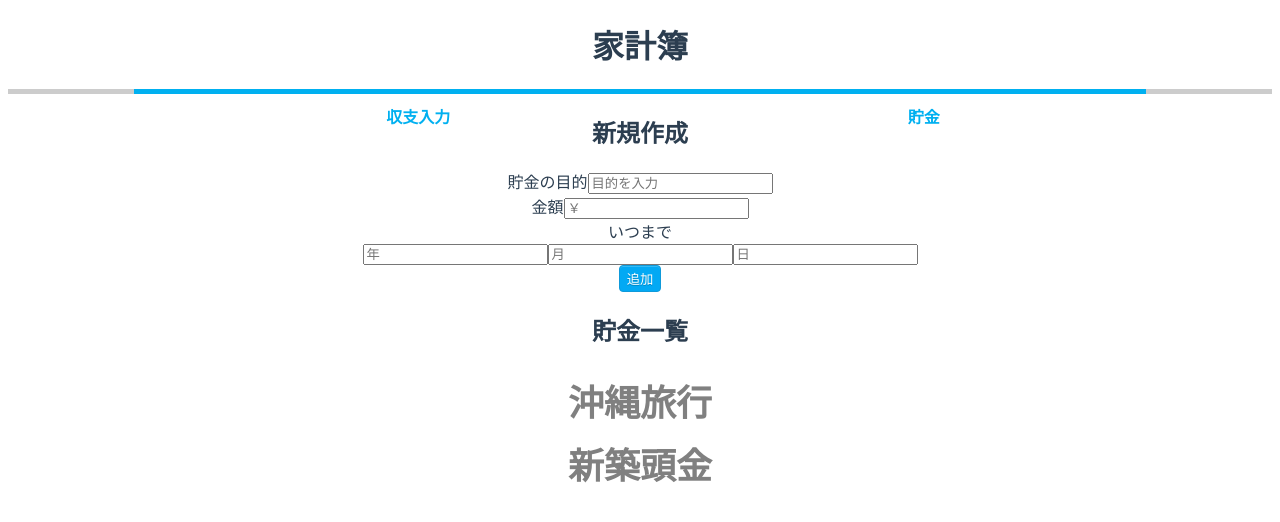
Repository: shellzu/kakeibo.app
Page: /#/savingsPage
The author's editor kept a copy of each file at every save. The page is drawn from the files as they stood at one save, then again after the next save.
The browser window is 1280 px wide. The pictures show the whole page.
The project was rebuilt for these pictures with package versions that can differ from the ones it lists, and the page was loaded fresh each time. Also part of the build but not shown: src/components/AddButton.vue, src/components/BudgetDeleteButton.vue.

Above is the page before, as saved 2019-07-28 14:24:58.

### src/App.vue
<template>
  <div id="app">
    <router-view />
  </div>
</template>
<script>
export default {
  name: 'App'
}
</script>

<style>
#app {
  font-family: "Lato", "Noto Sans JP", "游ゴシック Medium", "游ゴシック体",
    "Yu Gothic Medium", YuGothic, "ヒラギノ角ゴ ProN",
    "Hiragino Kaku Gothic ProN", "メイリオ", Meiryo, "ＭＳ Ｐゴシック",
    "MS PGothic", sans-serif;
  -webkit-font-smoothing: antialiased;
  -moz-osx-font-smoothing: grayscale;
  text-align: center;
  color: #2c3e50;
}
#header {
  height: 150px;
  width: 1200px;
  margin-right: auto;
  margin-left: auto;
  background: white;
  box-shadow: 0px 3px 3px rgba(0, 0, 0, 0.1);
  display: flex;
  justify-content: center;
  align-items: center;
}
#header a {
  display: block;
  position: relative;
  margin: 2em;
  width: 70pt;
  border: solid 1px silver;
  border-radius: 0.5rem 0.5rem;
  padding: 0.5rem 1.5rem;
  margin-top: 1rem;
  text-decoration: none;
}
#png {
  position: absolute;
  left: 100px;
}
nav {
  border-bottom: 5px solid #ccc;
  position: relative;
}
nav ul {
  position: absolute;
  left: 10%;
  display: table;
  margin: 0 auto;
  padding: 0;
  width: 80%;
  text-align: center;
}
nav ul li {
  display: table-cell;
  min-width: 50px;
}
nav ul li a {
  display: block;
  width: 100%;
  height: 100%;
  padding: 10px 0;
  text-decoration: none;
  color: #aaa;
}
nav ul li.current {
  font-weight: bold;
  border-top: 5px solid #00b0f0;
}
nav ul li.current a {
  color: #00b0f0;
}
nav ul li a:hover {
  color: #0089bb;
  background-color: #fbfbdd;
}
nav ul li:hover {
  border-top: 5px solid #f8e750;
}
</style>

### src/router/index.js
import Vue from 'vue'
import Router from 'vue-router'

import BudgetListPage from '@/components/BudgetListPage'
import SavingsPage from '@/components/SavingsPage'

Vue.use(Router)

export default new Router({
  routes: [
    {
      path: '/',
      component: BudgetListPage
    },
    {
      path: '/savingsPage',
      component: SavingsPage
    }
  ]
})

### src/components/BudgetListPage.vue
<template>
  <div id="app">
    <HeaderMenu></HeaderMenu>
      <h2>新規入力</h2>
    <form>
      <div align="center">
      <div class="date_picker">
        <label>日付</label>
        <datepicker :format="DatePickerFormat" v-model="date" placeholder="日付を選択"></datepicker>
      </div>
      <div class="text_money">
        <label>金額</label>
        <input type="number" v-model.number="amount" placeholder="￥" />
      </div>
      <div class="radio_select">
        <p>収支選択</p>
        <input type="radio" id="income" value="収入" v-model="mode" />
        <label for="income">収入</label>
        <input type="radio" id="expense" value="支出" v-model="mode" />
        <label for="expense">支出</label>
      </div>
      <div class="textarea_memo">
        <label>概要</label>
        <textarea v-model="memo" placeholder="給料..食費..."></textarea>
      </div>
      </div>
    </form>
        <AddButton v-on:add-list='entry'></AddButton>
    <div>
      <h2>収支一覧</h2>
    </div>
    <table align="center" class="budget_list th.td">
      <thead>
        <tr>
          <th>ID</th>
          <th>収支</th>
          <th>金額</th>
          <th>日付</th>
          <th>概要</th>
          <th>削除</th>
        </tr>
      </thead>
      <body>
        <tr v-for="(budget, index) in budgets" :key="index">
          <th>{{index}}</th>
          <td>{{budget.mode}}</td>
          <td>{{budget.amount}}</td>
          <td>{{customformat(budget.date)}}</td>
          <td>{{budget.memo}}</td>
          <td>
            <BudgetDeleteButton v-on:deleteList="deletePassbook(budget)"></BudgetDeleteButton>
          </td>
        </tr>
      </body>
    </table>
    <h3>お財布</h3>
      <h3>{{diff}}</h3>
    <div>
    My name is <input v-model="wallet">
    </div>
  </div>
</template>

<script>
import Datepicker from 'vuejs-datepicker'
import moment from 'moment'
import HeaderMenu from './HeaderMenu'
import AddButton from './AddButton'
import BudgetDeleteButton from './BudgetDeleteButton'

export default {
  name: 'app',
  components: {
    Datepicker,
    HeaderMenu,
    AddButton,
    BudgetDeleteButton
  },
  data: function () {
    return {
      budgets: [
        { id: 0, amount: 100000, mode: '収入', date: '2019-06-27', memo: '給料' }
      ],
      amount: '',
      mode: '収入',
      date: '',
      memo: '',
      diff: 100000,
      DatePickerFormat: 'yyyy-MM-dd',
      wallet: ''
    }
  },
  methods: {
    entry: function () {
      this.budgets.push({
        amount: this.amount,
        mode: this.mode,
        date: this.date,
        memo: this.memo
      })
      if (this.mode === '収入') {
        this.diff = this.diff + Number(this.amount)
      } else {
        this.diff = this.diff - Number(this.amount)
      }
    },
    deletePassbook: function (budget) {
      var index = this.budgets.indexOf(budget)
      this.budgets.splice(index, 1)
    },
    customformat: function (value) {
      return moment(value).format('YYYY-MM-DD')
    }
  },
  mounted () {
    if (localStorage.wallet) this.wallet = localStorage.wallet
  },
  watch: {
    wallet (newWallet) {
      localStorage.wallet = newWallet
    }
  }
}
</script>

<style>
.budget_list {
  padding: 10px 10px 10px 10px;
  border-left: 6px solid #00b0f0;
  background-color: #eee;
  width: 80%;
}
.budget_list th.td {
  padding: 0.5em 3em 0.5em 3em;
}
.table_passbook {
  padding: 10px 10px 10px 10px;
  border-left: 6px solid #00b0f0;
  background-color: #eee;
  width: 80%;
}
.th.td {
  padding: 0.5em 3em 0.5em 3em;
}
.table_savings {
  padding: 10px 0;
  background-color: #eee;
  border: 1px solid white;
  width: 80%;
}
  button {
   position: relative;
   display: inline-block;
   padding: 0.25em 0.5em;
   text-decoration: none;
   color: #FFF;
   background: #03A9F4;
   border: solid 1px #0f9ada;
   border-radius: 4px;
   box-shadow: inset 0 1px 0 rgba(255,255,255,0.2);
   text-shadow: 0 1px 0 rgba(0,0,0,0.2);
  }
  button:active {
   border: solid 1px #03A9F4;
   box-shadow: none;
   text-shadow: none;
  }
  .saving_link {
   font-size: 1.5em;
  }
  .cp_link {
      display: inline-block;
      padding: 0.1em 0.3em;
   transition: all .3s;
   color: gray;
   text-decoration: none;
   font-size: 1.5em;
  }
  .cp_link:visited {
   color: #777777;
   text-decoration: none;
  }
  .cp_link:hover {
      color: #fff;
      background-color: #00BCD4;
  }
  input::-webkit-outer-spin-button,
  input::-webkit-inner-spin-button {
     -webkit-appearance: none;
  }
  /*--------------------------------------
  テキスト 金額
  ---------------------------------------*/
  .text_money {
   padding-bottom: 20px;
   width: 180px;
  }
  .text_money label {
   display: block;
   font-size: 14px;
   padding-bottom: 5px;
  }
  .text_money input[type=number] {
   border: 1px solid #1B73BA;
   box-sizing: border-box;
   -moz-box-sizing: border-box;
   -webkit-box-sizing: border-box;
   color: #333;
   font-size: 13px;
   padding: 10px;
   height: 30px;
   width: 180px;
  }
  /*--------------------------------------
  ラジオボタン 収支選択
  ---------------------------------------*/
  .radio_select {
   padding-bottom: 20px;
  }
  .radio_select p {
   font-size: 14px;
   padding-bottom: 5px;
  }
  .radio_select input[type=radio] {
   display: none;
   margin: 0;
  }
  .radio_select input[type=radio] + label {
   cursor: pointer;
   display: inline-block;
   font-size: 13px;
   line-height: 1.5px;
   margin-right: 12px;
   padding: 0 0 3px 24px;
   position: relative;
  }
  .radio_select input[type=radio] + label::before {
   border: 1px solid #1B73BA;
   border-radius: 50%;
   box-sizing: border-box;
   -moz-box-sizing: border-box;
   -webkit-box-sizing: border-box;
   content: "";
   display: block;
   margin-top: -9px;
   position: absolute;
   left: 0;
   top: 50%;
   height: 13px;
   width: 13px;
  }
  .radio_select input[type=radio]:checked + label::after {
   background: #1B73BA;
   border-radius: 50%;
   box-sizing: border-box;
   -moz-box-sizing: border-box;
   -webkit-box-sizing: border-box;
   content: "";
   display: block;
   margin-top: -4px;
   position: absolute;
   left: 3px;
   top: 0px;
   height: 7px;
   width: 7px;
  }
  /*--------------------------------------
  テキストエリア 概要
  ---------------------------------------*/
  .textarea_memo {
   padding-bottom: 10px;
   width: 200px;
  }
  .textarea_memo label {
   display: block;
   font-size: 14px;
   padding-bottom: 5px;
  }
  .textarea_memo textarea {
   border: 1px solid #1B73BA;
   box-sizing: border-box;
   -moz-box-sizing: border-box;
   -webkit-box-sizing: border-box;
   color: #333;
   font-size: 13px;
   padding: 10px;
   height: 80px;
   width: 200px;
  }
  /*--------------------------------------
  カレンダー 日付選択
  ---------------------------------------*/
  .date_picker {
   padding-bottom: 10px;
  }
  li {
   list-style: none;
  }
h3 {
   left: 30%;
}
</style>

### src/components/SavingsPage.vue
<template>
  <div>
    <HeaderMenu></HeaderMenu>
    <p>{{ message }}</p>
    <div>
      <h2>新規作成</h2>
    </div>
    <form>
      <div class="msr_text_05">
        <label>貯金の目的</label>
        <input type="text" v-model="title" placeholder="目的を入力" />
      </div>
      <div class="msr_text_05">
        <label>金額</label>
        <input type="text" v-model="saving_money" placeholder="￥" />
      </div>
      <div class="msr_text_05_day">
        <label>いつまで</label>
        <br />
        <input type="text" v-model="due_year" placeholder="年" />
        <input type="text" v-model="due_month" placeholder="月" />
        <input type="text" v-model="due_day" placeholder="日" />
        <div>
          <button v-on:click="entrySaving(index)">追加</button>
        </div>
      </div>
    </form>
    <div>
      <h2>貯金一覧</h2>
    </div>

    <table align="center">
      <tbody>
        <tr v-for="(item, index) in items" :key="index">
          <th class="saving_link">
            <router-link to="/saving" class="cp_link">{{item.title}}</router-link>
          </th>
        </tr>
      </tbody>
    </table>
  </div>
</template>
<script>
import HeaderMenu from './HeaderMenu'

export default {
  name: 'app',
  props: ['message'],
  components: {
    HeaderMenu
  },
  data: function () {
    return {
      items: [
        {
          title: '沖縄旅行',
          money: '100000',
          remaining: '100000',
          due_year: '2019',
          due_month: '7',
          due_day: '12'
        },
        {
          title: '新築頭金',
          money: '2000000',
          remaining: '2000000',
          due_year: '2020',
          due_month: '7',
          due_day: '12'
        }
      ],
      title: '',
      add_money: '',
      saving_money: '',
      due_year: '',
      due_month: '',
      due_day: ''
    }
  },
  methods: {
    entrySaving: function () {
      this.items.push({
        title: this.title,
        money: this.saving_money,
        remaining: this.saving_money,
        due_year: this.due_year,
        due_month: this.due_month,
        due_day: this.due_day
      })
    },
    deleteSaving: function (saving) {
      var index = this.savings.indexOf(saving)
      this.savings.splice(index, 1)
    },
    addMoney: function (item, addMoney) {
      var index = this.items.indexOf(item)
      var updateRemaining = Number(this.items[index].remaining) - this.addMoney
      alert(updateRemaining)
      this.items[index].remaining = updateRemaining
    }
  }
}
</script>

<style>
.savings li{
  background: whitesmoke;
  margin-bottom: 50px;
  height: 200px;
  border-radius: 20px;
}
.savings p{
  font-size: 1em;
  text-align: left;
  text-align: center;
}
</style>

### src/components/HeaderMenu.vue
<template>
  <div id="app">
    <h1>家計簿</h1>
    <nav>
      <ul>
        <li class="current">
          <router-link to="/">収支入力</router-link>
        </li>
        <li class="current">
          <router-link to="/savingsPage">貯金</router-link>
        </li>
      </ul>
    </nav>
    <router-view />
  </div>
</template>

<script>
export default {
  name: 'app'
}
</script>
<style scoped>
@import './menu1.css';
</style>

### src/components/menu1.css
.header {
    height: 150px;
    width: 1200px;
    margin-right: auto;
    margin-left: auto;
    background: white;
    box-shadow: 0px 3px 3px rgba(0, 0, 0, 0.1);
    display: flex;
    justify-content: center;
    align-items: center;
  }
  .header a {
    display: block;
    position: relative;
    margin: 2em;
    width: 70pt;
    border: solid 1px silver;
    border-radius: 0.5rem 0.5rem;
    padding: 0.5rem 1.5rem;
    margin-top: 1rem;
    text-decoration: none;
  }
  nav {
    border-bottom: 5px solid #ccc;
    position: relative;
  }
  nav ul {
    position: absolute;
    left: 10%;
    display: table;
    margin: 0 auto;
    padding: 0;
    width: 80%;
    text-align: center;
  }
  nav ul li {
    display: table-cell;
    min-width: 50px;
  }
  nav ul li a {
    display: block;
    width: 100%;
    height: 100%;
    padding: 10px 0;
    text-decoration: none;
    color: #aaa;
  }
  nav ul li.current {
    font-weight: bold;
    border-top: 5px solid #00b0f0;
  }
  nav ul li.current a {
    color: #00b0f0;
  }
  nav ul li a:hover {
    color: #0089bb;
    background-color: #fbfbdd;
  }
  nav ul li:hover {
    border-top: 5px solid #f8e750;
  }

Loaded but not shown: index.html (common file); src/main.js (common file)

After the next save:
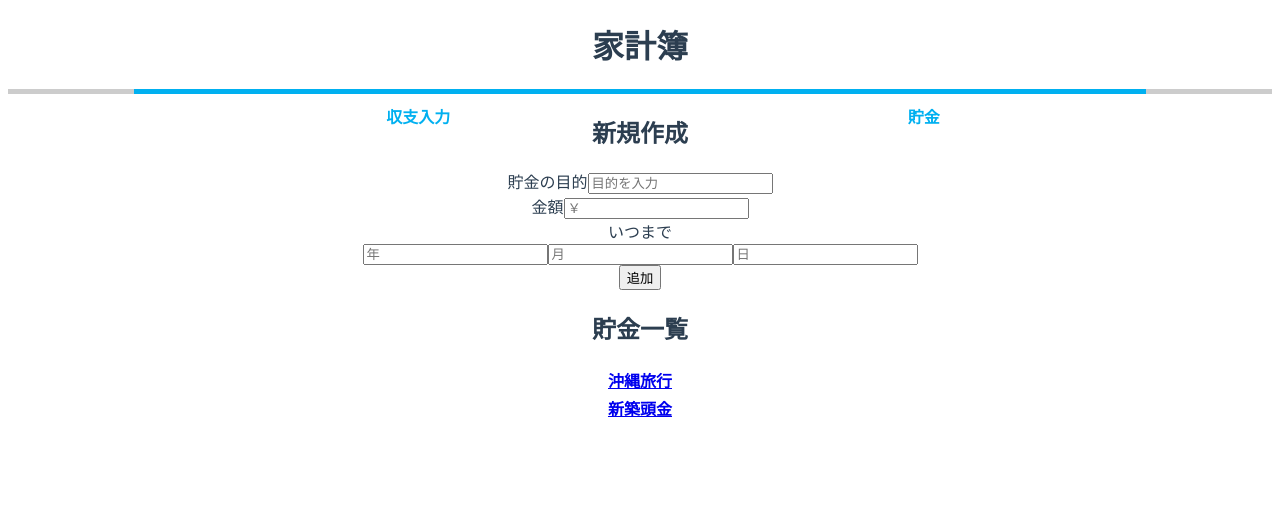
Saved 55 s later.
--- a/src/components/BudgetListPage.vue
+++ b/src/components/BudgetListPage.vue
@@ -139,55 +139,7 @@ export default {
   background-color: #eee;
   width: 80%;
 }
-.th.td {
-  padding: 0.5em 3em 0.5em 3em;
-}
-.table_savings {
-  padding: 10px 0;
-  background-color: #eee;
-  border: 1px solid white;
-  width: 80%;
-}
-  button {
-   position: relative;
-   display: inline-block;
-   padding: 0.25em 0.5em;
-   text-decoration: none;
-   color: #FFF;
-   background: #03A9F4;
-   border: solid 1px #0f9ada;
-   border-radius: 4px;
-   box-shadow: inset 0 1px 0 rgba(255,255,255,0.2);
-   text-shadow: 0 1px 0 rgba(0,0,0,0.2);
-  }
-  button:active {
-   border: solid 1px #03A9F4;
-   box-shadow: none;
-   text-shadow: none;
-  }
-  .saving_link {
-   font-size: 1.5em;
-  }
-  .cp_link {
-      display: inline-block;
-      padding: 0.1em 0.3em;
-   transition: all .3s;
-   color: gray;
-   text-decoration: none;
-   font-size: 1.5em;
-  }
-  .cp_link:visited {
-   color: #777777;
-   text-decoration: none;
-  }
-  .cp_link:hover {
-      color: #fff;
-      background-color: #00BCD4;
-  }
-  input::-webkit-outer-spin-button,
-  input::-webkit-inner-spin-button {
-     -webkit-appearance: none;
-  }
+
   /*--------------------------------------
   テキスト 金額
   ---------------------------------------*/

After the save that followed:
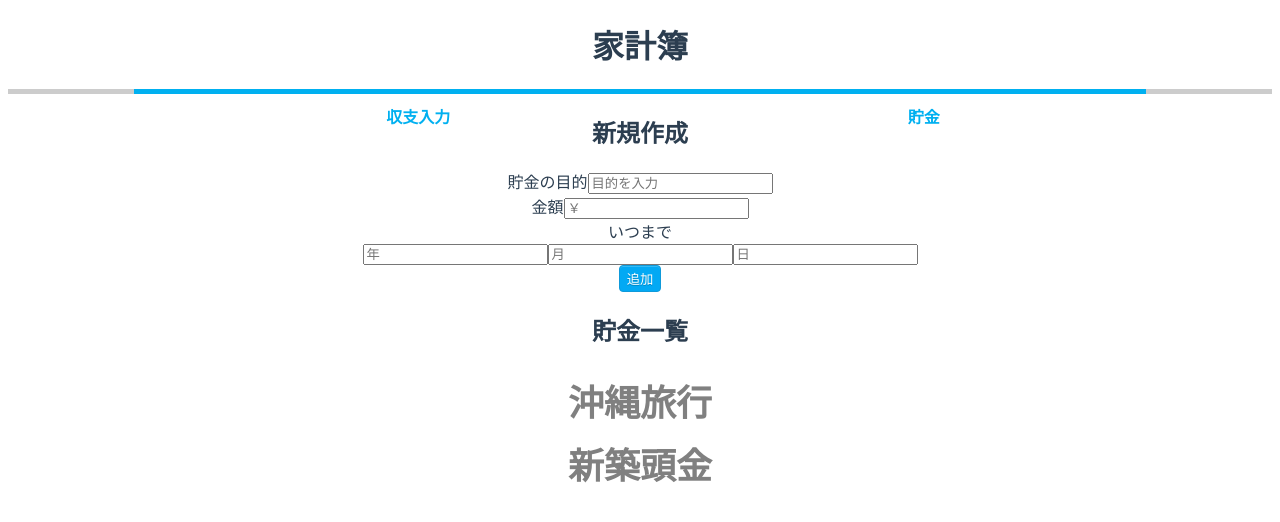
Saved 66 s later.
--- a/src/components/SavingsPage.vue
+++ b/src/components/SavingsPage.vue
@@ -114,4 +114,53 @@ export default {
   text-align: left;
   text-align: center;
 }
+.th.td {
+  padding: 0.5em 3em 0.5em 3em;
+}
+.table_savings {
+  padding: 10px 0;
+  background-color: #eee;
+  border: 1px solid white;
+  width: 80%;
+}
+  button {
+  position: relative;
+  display: inline-block;
+  padding: 0.25em 0.5em;
+  text-decoration: none;
+  color: #FFF;
+  background: #03A9F4;
+  border: solid 1px #0f9ada;
+  border-radius: 4px;
+  box-shadow: inset 0 1px 0 rgba(255,255,255,0.2);
+  text-shadow: 0 1px 0 rgba(0,0,0,0.2);
+  }
+  button:active {
+  border: solid 1px #03A9F4;
+  box-shadow: none;
+  text-shadow: none;
+  }
+  .saving_link {
+  font-size: 1.5em;
+  }
+  .cp_link {
+  display: inline-block;
+  padding: 0.1em 0.3em;
+  transition: all .3s;
+  color: gray;
+  text-decoration: none;
+  font-size: 1.5em;
+  }
+  .cp_link:visited {
+  color: #777777;
+  text-decoration: none;
+  }
+  .cp_link:hover {
+  color: #fff;
+    background-color: #00BCD4;
+  }
+  input::-webkit-outer-spin-button,
+  input::-webkit-inner-spin-button {
+     -webkit-appearance: none;
+  }
 </style>
